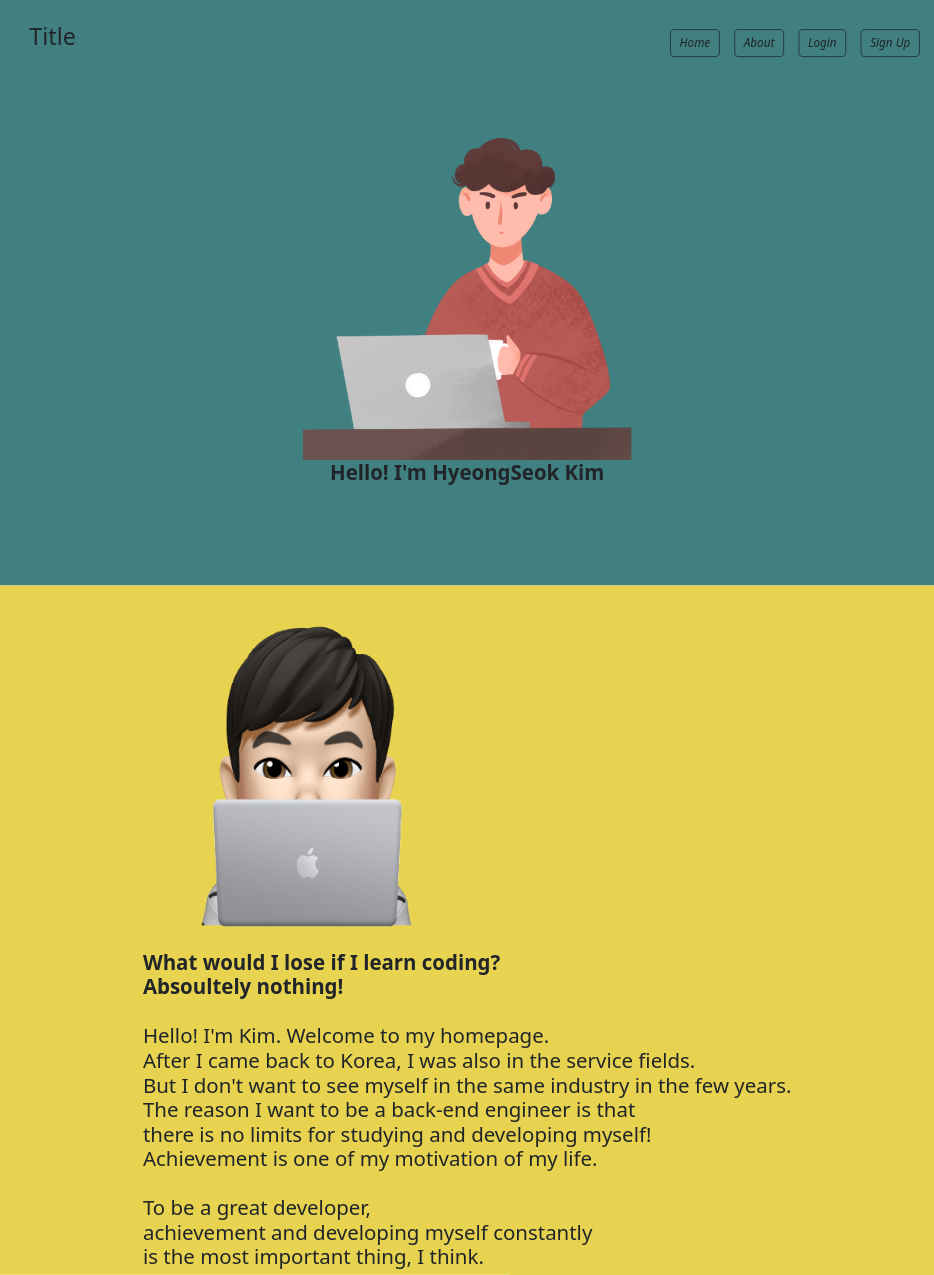
Repository: beruzz/ezen
Page: http://localhost/introduce/
These files come from the project's save history. The page is drawn as it stood at one moment and after the next save; the edit follows.
The browser window is 1280 px wide. The pictures show the whole page, at 73% of full size.
The page is served by Tomcat 9. Other server files are loaded and not shown. The template is opened directly, without the code that normally fills it, so the values that code supplies are empty.

Above is the page before, as saved 2022-12-14 09:03:45.

### JSP_Board&Member/introduce/src/main/webapp/index.jsp
<%@ page language="java" contentType="text/html; charset=UTF-8"
	pageEncoding="UTF-8"%>
<%@ taglib uri="http://java.sun.com/jsp/jstl/core" prefix="c"%>
<!DOCTYPE html>
<html>
<head>
<meta charset="UTF-8">
<title>Insert title here</title>
<link rel="stylesheet" href="/css/main.css">
<link rel="stylesheet" href="/css/scroll.css">
<!-- CSS only -->
<link
	href="https://cdn.jsdelivr.net/npm/bootstrap@5.2.2/dist/css/bootstrap.min.css"
	rel="stylesheet"
	integrity="sha384-Zenh87qX5JnK2Jl0vWa8Ck2rdkQ2Bzep5IDxbcnCeuOxjzrPF/et3URy9Bv1WTRi"
	crossorigin="anonymous">
</head>
<body>

	<header id="header">
		<h2 class="title">Title</h2>
		<nav class="menu">
			<ul>
				<li><a href="/" class="btn btn-outline-dark">Home</a></li>
				<li><a href="" class="btn btn-outline-dark">About</a></li>
				<c:if test="${ses.id eq null }">
					<li><a href="/mc/login" class="btn btn-outline-dark">Login</a></li>
				</c:if>
				<li><a href="/mc/join" class="btn btn-outline-dark">Sign Up</a></li>
			</ul>
			<c:if test="${ses.id ne null && ses.id ne '' }">
				${ses.id }님 로그인 완료 <br>
				<a href="/mc/logout?id=${ses.id }"><button type="button"
						class="btn btn-outline-dark">로그아웃</button></a>
				<br>
			</c:if>
		</nav>
	</header>
			<div class="one">
				<span class="profile"><img src="/images/me.png"
					width="450px;" height="450px" alt=""></span>
				<h3>
					<strong>Hello! I'm HyeongSeok Kim</strong>
				</h3>
			</div>
		<div class="list">
			<div class="two">
				<img class="me" src="/images/me2.png" alt="" width="450px;"
					height="500px">
				<h3 class="intext">
					<strong>What would I lose if I learn coding?<br>Absoultely
						nothing!
					</strong><br> <br> Hello! I'm Kim. Welcome to my homepage.<br>
					After I came back to Korea, I was also in the service fields. <br>
					But I don't want to see myself in the same industry in the few
					years. <br> The reason I want to be a back-end engineer is
					that <br> there is no limits for studying and developing
					myself! <br> Achievement is one of my motivation of my life. <br>
					<br> To be a great developer, <br> achievement and
					developing myself constantly <br> is the most important thing,
					I think.
				</h3>
			</div>
		</div>

</body>
</html>

### JSP_Board&Member/introduce/src/main/webapp/css/main.css
@charset "UTF-8";

header {
	align-items: center;
	list-style: none;
}

.title {
	float: left;
	margin-left: 40px;
	margin-top: 30px;
}

.one {
	background-size: cover;
	text-align: center;
	padding-top: 180px;
	padding-bottom: 130px;
	background-color: #408080;
}

ul {
	list-style: none;
	margin-right: 20px;
}

.menu {
	font-size: 20px;
	font-style: italic;
	float: right;
	margin-top: 40px;
}

.menu li {
	float: left;
	margin-left: 20px;
}

a {
	text-decoration: none;
	color: black;
}

.list {
	background-color: #e7d350;
	display: flex;
	justify-content: center;
	align-content: center;

}

### JSP_Board&Member/introduce/src/main/webapp/css/scroll.css
@charset "UTF-8";
/*#container{
    width:100%;
    height:100vh;
    overflow: auto;
    scroll-behavior: smooth;
    scroll-snap-type: y mandatory;
}*/

/*.list{
    width:100%;
    height:100vh;
    display: flex;
    justify-content: center;
    align-items: center;
    scroll-snap-align: center;
}*/

/* .list:nth-child(1){
    background-color: rgb(0, 0, 0);
    background-size: cover;
    background-attachment: fixed;
    background-position: center;
} */

/*.list:nth-child(2){
    background-color: #4e5a56;
    background-size: cover;
    background-attachment: fixed;
    background-position: center;
}*/

After the next save:
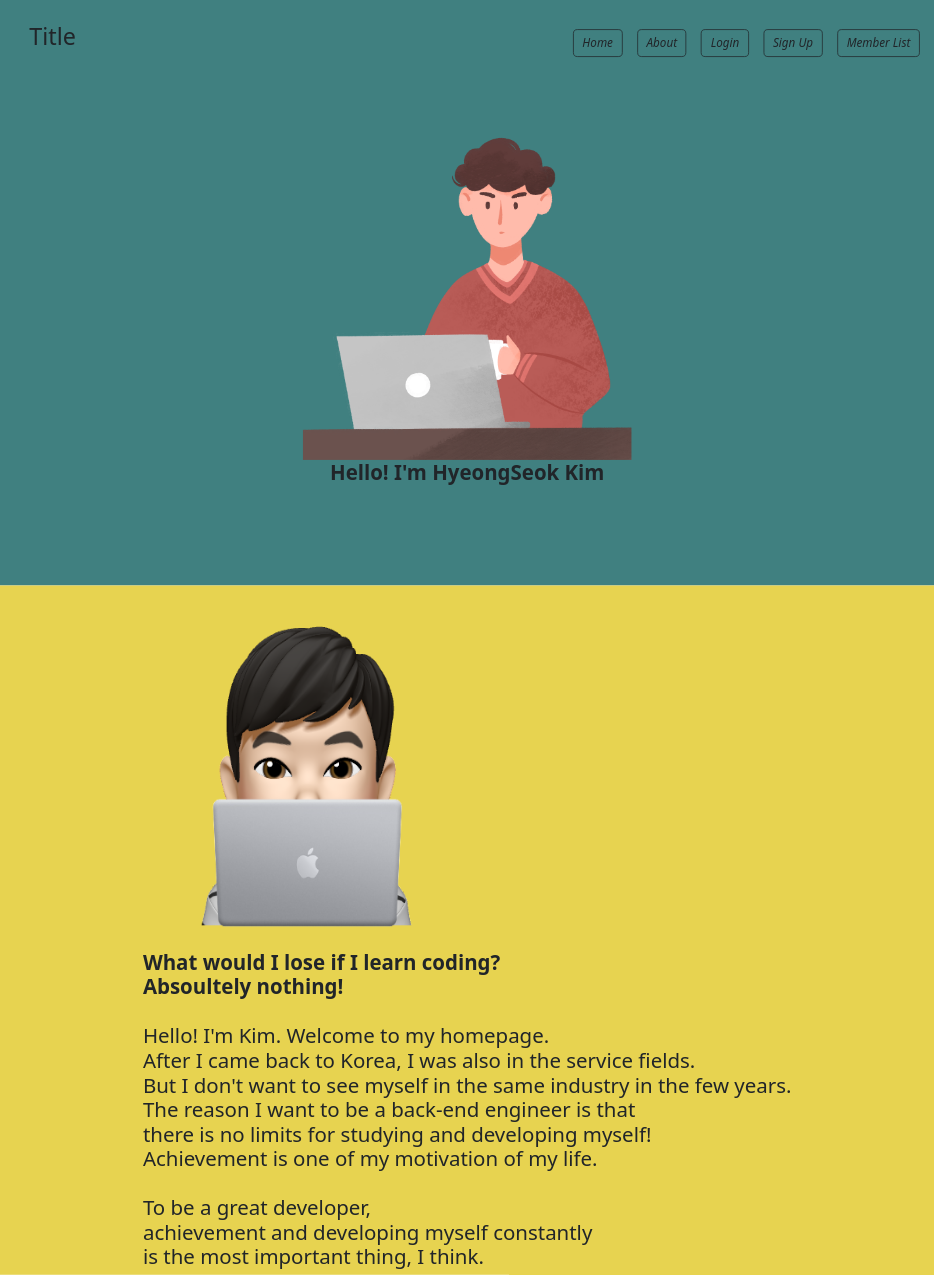
Saved 4 min 30 s later.
--- a/JSP_Board&Member/introduce/src/main/webapp/index.jsp
+++ b/JSP_Board&Member/introduce/src/main/webapp/index.jsp
@@ -27,6 +27,7 @@
 					<li><a href="/mc/login" class="btn btn-outline-dark">Login</a></li>
 				</c:if>
 				<li><a href="/mc/join" class="btn btn-outline-dark">Sign Up</a></li>
+				<li><a href="/mc/memList" class="btn btn-outline-dark">Member List</a></li>
 			</ul>
 			<c:if test="${ses.id ne null && ses.id ne '' }">
 				${ses.id }님 로그인 완료 <br>
